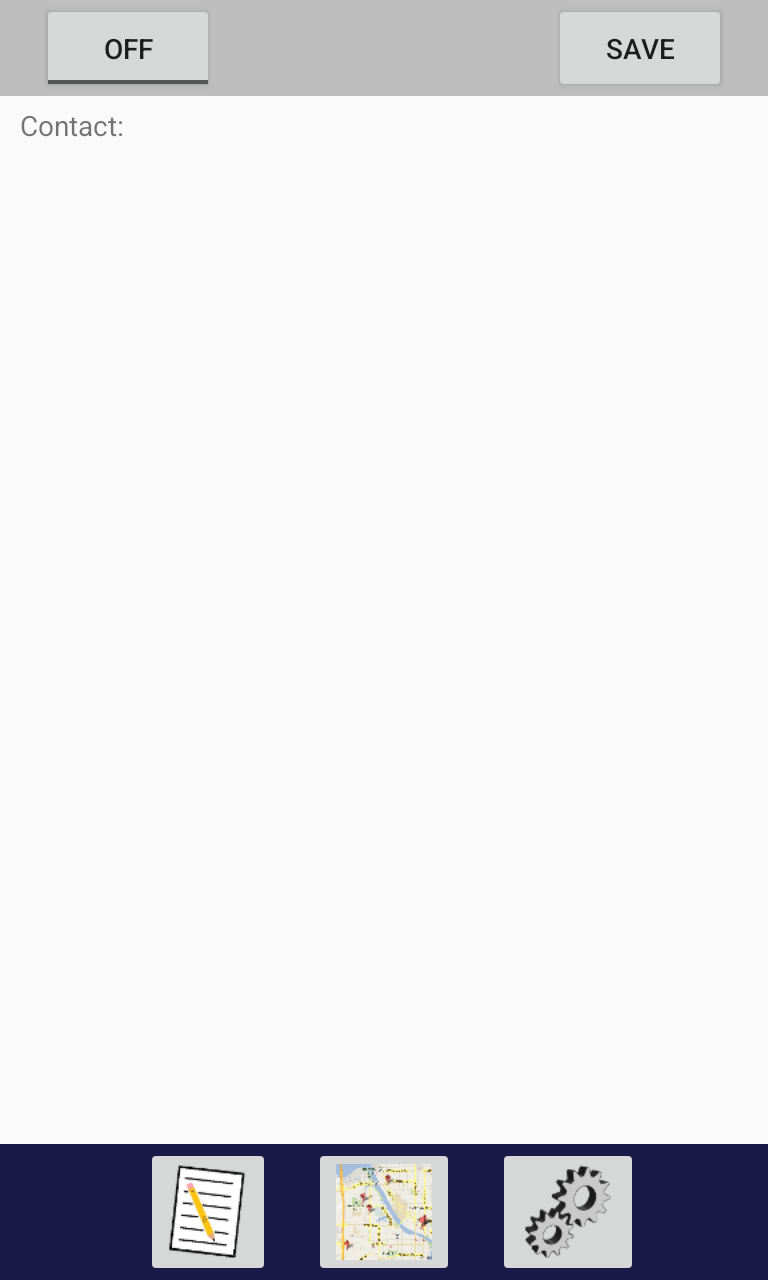
Repository: MobileApps-Cascadia/JenniferBronson_ExercisesChapter5
Layout: MyContactList/res/layout/activity_contact.xml
These files come from the project's save history. The layout is drawn as it stood at one moment and after the next save; the edit follows.
It is drawn on a 768 x 1280 px phone screen (xhdpi) without system bars, with theme AppTheme; the app's code is not run.

Above is the layout before, as saved 2014-04-26 21:13:40.

After the next save:
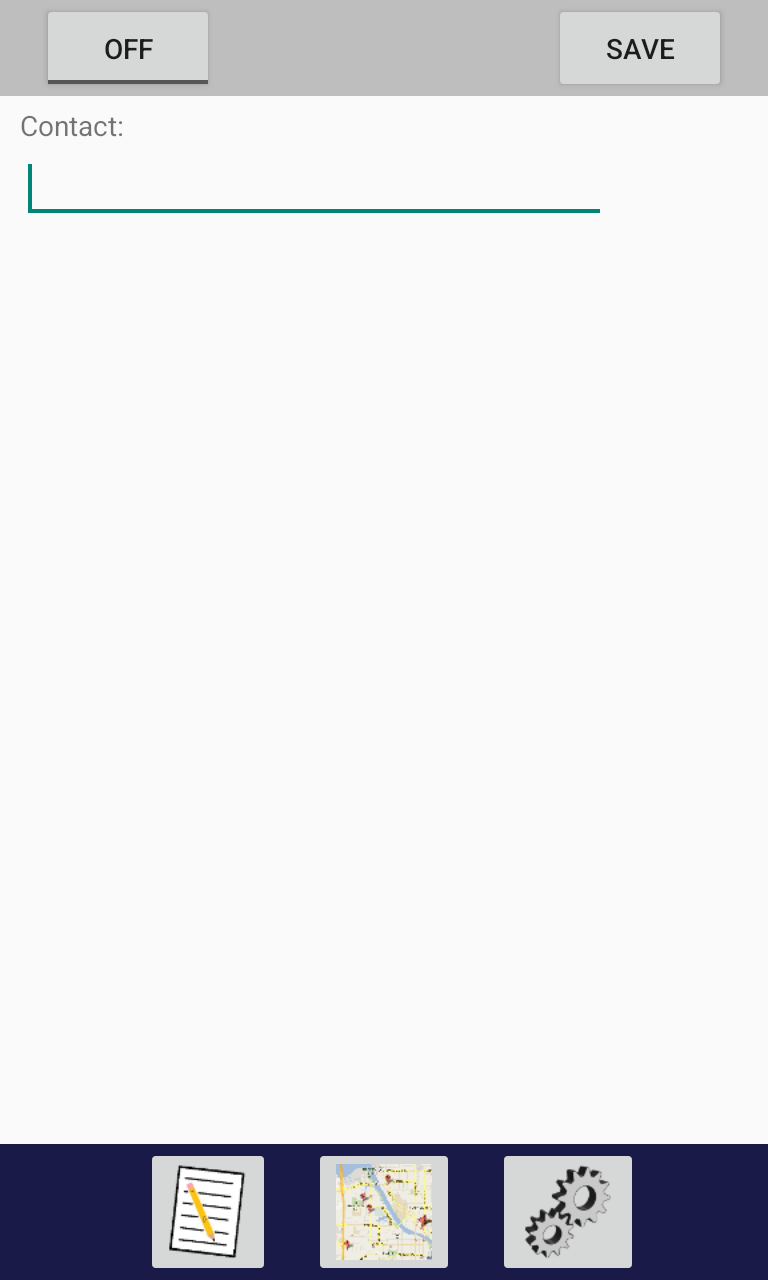
Saved 12 min 44 s later.
--- a/MyContactList/res/layout/activity_contact.xml
+++ b/MyContactList/res/layout/activity_contact.xml
@@ -92,6 +92,19 @@
         		android:layout_marginLeft="10dp"
         		android:layout_marginTop="5dp"/>
 
+            <EditText android:id="@+id/editName"
+                android:layout_width="wrap_content"
+                android:layout_height="wrap_content"
+                android:layout_alignParentLeft="true"
+                android:layout_marginLeft="10dp"
+                android:layout_below="@+id/textContact"
+                android:ems="14"
+                android:imeOptions="actionNext"
+                android:inputType="textCapWords">
+
+                <requestFocus/>
+            </EditText>
+
         </RelativeLayout>
     </ScrollView>
 
